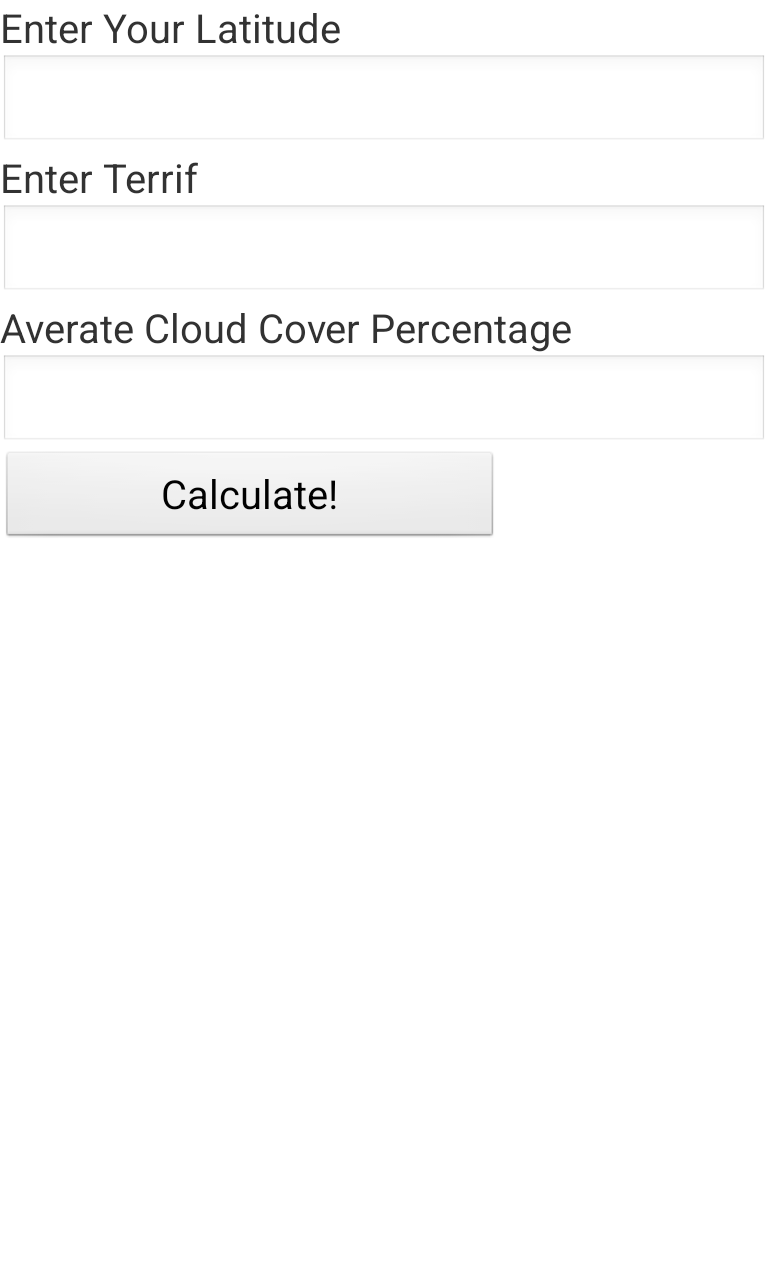
Repository: INBASD/Solar-Power-Project
Layout: Solar power calculator android/res/layout/activity_main.xml
An editor plug-in stored every save of this project. The layout is shown before and after the next save, followed by the edit.
It is drawn on a 768 x 1280 px phone screen (xhdpi) without system bars, with theme AppTheme; the app's code is not run.

Above is the layout before, as saved 2012-09-08 01:04:13.

### Solar power calculator android/res/layout/activity_main.xml
<?xml version="1.0" encoding="utf-8"?>
<LinearLayout xmlns:android="http://schemas.android.com/apk/res/android"
    xmlns:tools="http://schemas.android.com/tools"
    android:orientation="vertical"
    android:layout_width="fill_parent"
    android:layout_height="fill_parent" >

    <TextView
        android:layout_width="fill_parent"
        android:layout_height="wrap_content"
        android:text="@string/enterLat"
        android:textSize="20dp"
        android:layout_gravity="left"
        android:gravity="left"
        />
    <EditText
        android:layout_width="fill_parent"
        android:layout_height="wrap_content"
        android:textSize="15dp"
        android:layout_gravity="left"
        android:gravity="left"
        android:inputType="numberDecimal"
        android:id="@+id/entLat"
        />
    <TextView
        android:layout_width="fill_parent"
        android:layout_height="wrap_content"
        android:text="@string/terrif"
        android:textSize="20dp"
        android:layout_gravity="left"
        android:gravity="left"
        />
    <EditText
        android:layout_width="fill_parent"
        android:layout_height="wrap_content"
        android:textSize="15dp"
        android:layout_gravity="left"
        android:gravity="left"
        android:inputType="number"
        android:id="@+id/terrif"
        />
    <TextView
        android:layout_width="fill_parent"
        android:layout_height="wrap_content"
        android:text="@string/cloudcvr"
        android:textSize="20dp"
        android:layout_gravity="left"
        android:gravity="left"
        />
    <EditText
        android:layout_width="fill_parent"
        android:layout_height="wrap_content"
        android:textSize="15dp"
        android:layout_gravity="left"
        android:gravity="left"
        android:inputType="number"
        android:id="@+id/cloudcvr"
        />


	   <Button
	       android:layout_width="250dp"
	       android:layout_height="wrap_content"
	       android:text="@string/bcalc"
	       android:layout_gravity="left"
	       android:textSize="20dp"
	       android:id="@+id/calc"
	       android:onClick="calculate"
	       />

</LinearLayout>

### Solar power calculator android/res/values/strings.xml
<resources>

    <string name="app_name">Solar Power calculator</string>
    <string name="hello_world">Hello world!</string>
    <string name="menu_settings">Settings</string>
    <string name="title_activity_main">Solar Calculator</string>
    <string name="enterLat">Enter Your Latitude</string>
    <string name="terrif">Enter Terrif</string>
    <string name="bcalc">Calculate!</string>
    <string name="title_activity_displayresults">DisplayResults</string>
    <string name="cloudcvr">Averate Cloud Cover Percentage</string>
    <string name="done">Done</string>

</resources>

Loaded but not shown: Solar power calculator android/res/values/styles.xml (common file)

After the next save:
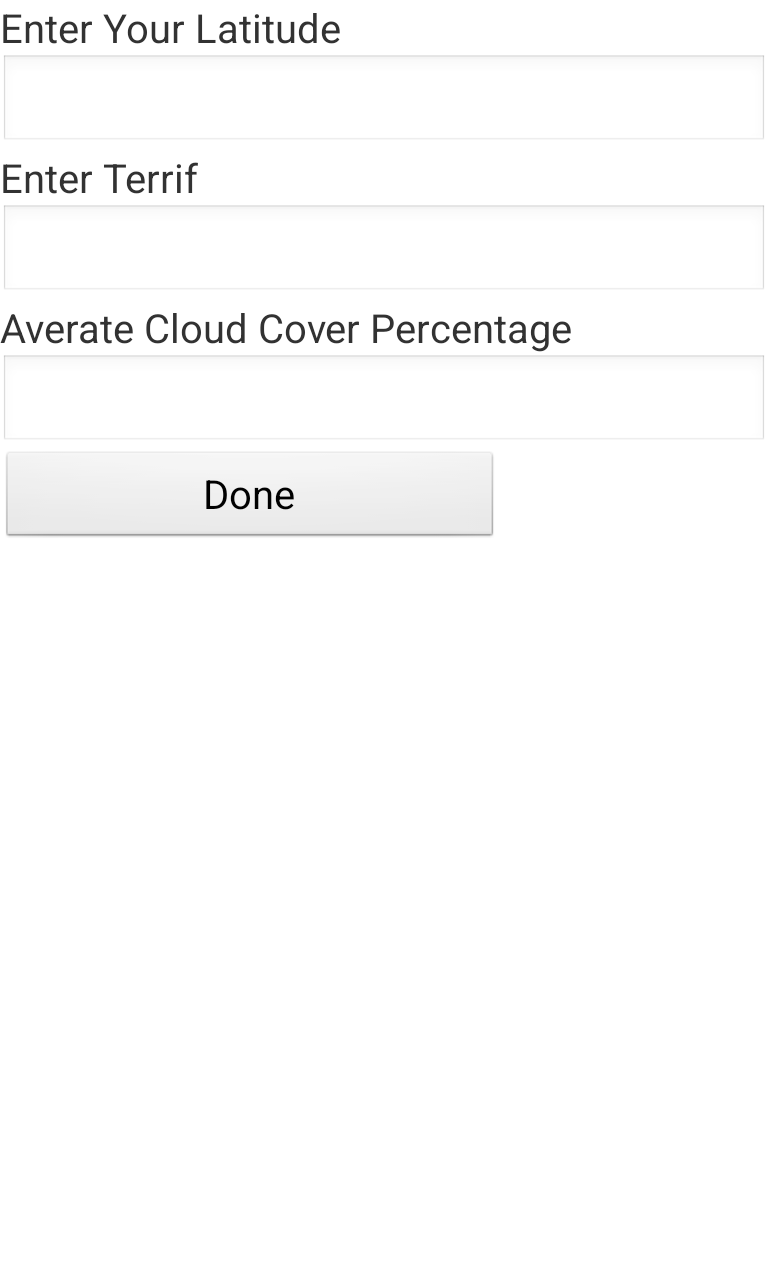
Saved 2 s later.
--- a/Solar power calculator android/res/layout/activity_main.xml
+++ b/Solar power calculator android/res/layout/activity_main.xml
@@ -61,10 +61,10 @@
 	   <Button
 	       android:layout_width="250dp"
 	       android:layout_height="wrap_content"
-	       android:text="@string/bcalc"
+	       android:text="@string/done"
 	       android:layout_gravity="left"
 	       android:textSize="20dp"
-	       android:id="@+id/calc"
+	       android:id="@+id/done"
 	       android:onClick="calculate"
 	       />
 
